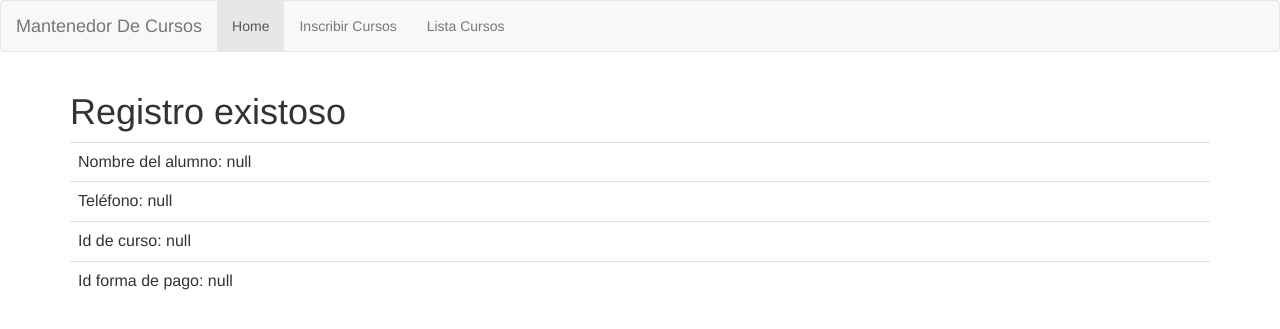
Repository: MarceArratia/ProyectosJava
Page: http://localhost/ListarInscripciones/preConfirmacion
These files come from the project's save history. The page is drawn as it stood at one moment and after the next save; the edit follows.
The browser window is 1280 px wide. The pictures show the whole page.
The page is served by Tomcat 9. Other server files are loaded and not shown.

Above is the page before, as saved 2020-07-29 01:56:28.

### ListarInscripciones/WebContent/confirmacion.jsp
<%@ page language="java" contentType="text/html; charset=UTF-8" pageEncoding="UTF-8"%>
<%

   String nombre = request.getParameter("nombre");
   String celular = request.getParameter("telefono");
   String idCurso = request.getParameter("idCurso");
   String idFormaDePago = request.getParameter("idFormaPago");
%>

<html>
<head>
<meta charset="ISO-8859-1">
<link rel="stylesheet" href="https://maxcdn.bootstrapcdn.com/bootstrap/3.4.0/css/bootstrap.min.css">
<script src="https://ajax.googleapis.com/ajax/libs/jquery/3.4.0/jquery.min.js"></script>
<script src="https://maxcdn.bootstrapcdn.com/bootstrap/3.4.0/js/bootstrap.min.js"></script>
<title>Confirmacion</title>
</head>
<body>
<nav class="navbar navbar-default">
<div class="container-fluid">
<div class="navbar-header">
<a class="navbar-brand" href="#">Mantenedor De Cursos</a>
</div>
<ul class="nav navbar-nav">
<li class="active"><a href="preListarInscripciones">Home</a></li>
<li><a href="preInscripcion">Inscribir Cursos</a></li>
<li><a href="preListarInscripciones">Lista Cursos</a></li>
</ul>
</div>
</nav>
<div class="container">

   <h1>Registro existoso</h1>

    <table class="table">
  <tr>
  <td>Nombre del alumno: <%=nombre%></td>
 </tr>
    <tr>
 <td>Teléfono: <%=celular%></td>
 </tr>
   <tr>
 <td>Id de curso: <%=idCurso%></td>
  </tr>
    <tr>
	<td>Id forma de pago: <%=idFormaDePago%></td>
</tr>
 </table>
</div>
</body>
</html>

### ListarInscripciones/src/com/desafiolatam/servlets/PreConfirmacion.java
package com.desafiolatam.servlets;

import java.io.IOException;

import javax.servlet.ServletException;
import javax.servlet.annotation.WebServlet;
import javax.servlet.http.HttpServlet;
import javax.servlet.http.HttpServletRequest;
import javax.servlet.http.HttpServletResponse;

@WebServlet("/preConfirmacion")
public class PreConfirmacion extends HttpServlet
{
   protected void doGet(HttpServletRequest request ,HttpServletResponse response)
		   								   throws ServletException
                                          ,IOException
   {
       // redirecciono el request a la pagina JSP
      request.getRequestDispatcher("confirmacion.jsp").forward(request, response);
   }
}

After the next save:
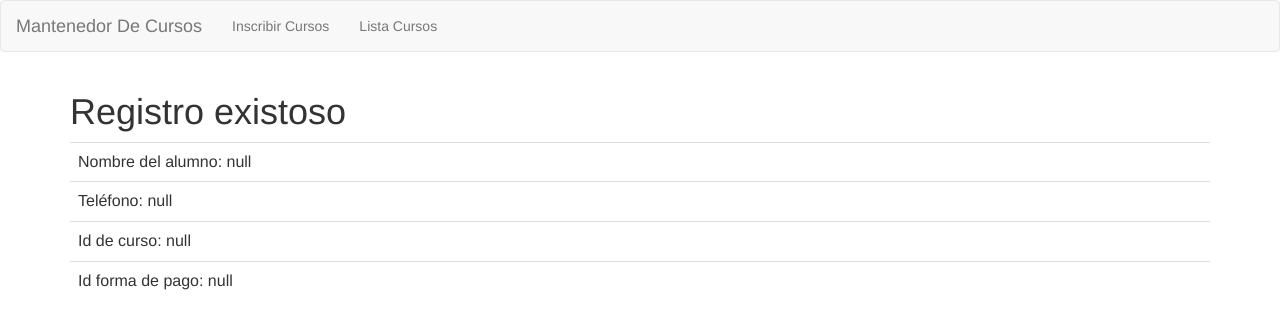
Saved 54 s later.
--- a/ListarInscripciones/WebContent/confirmacion.jsp
+++ b/ListarInscripciones/WebContent/confirmacion.jsp
@@ -22,7 +22,6 @@
 <a class="navbar-brand" href="#">Mantenedor De Cursos</a>
 </div>
 <ul class="nav navbar-nav">
-<li class="active"><a href="preListarInscripciones">Home</a></li>
 <li><a href="preInscripcion">Inscribir Cursos</a></li>
 <li><a href="preListarInscripciones">Lista Cursos</a></li>
 </ul>

After the 2 saves that followed:
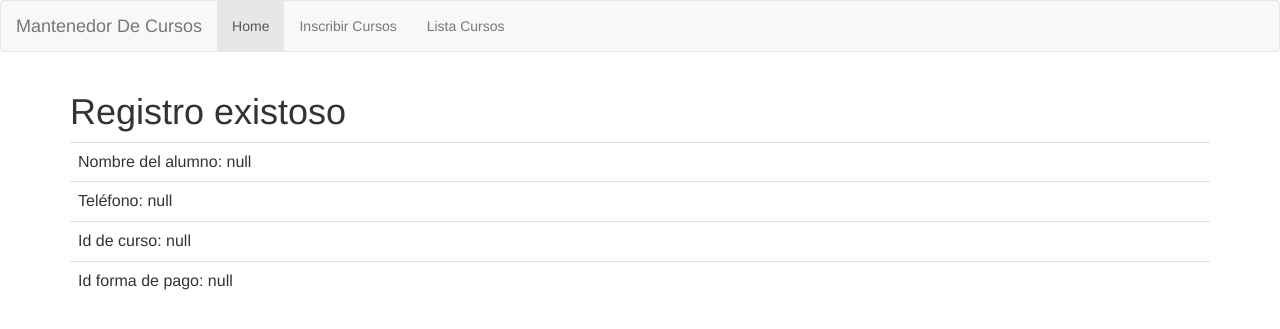
The 2 saves are shown as one change because 1 left the picture as it was.
The last was saved 54 s later.
--- a/ListarInscripciones/WebContent/confirmacion.jsp
+++ b/ListarInscripciones/WebContent/confirmacion.jsp
@@ -22,6 +22,7 @@
 <a class="navbar-brand" href="#">Mantenedor De Cursos</a>
 </div>
 <ul class="nav navbar-nav">
+<li class="active"><a href="preListarInscripciones">Home</a></li>
 <li><a href="preInscripcion">Inscribir Cursos</a></li>
 <li><a href="preListarInscripciones">Lista Cursos</a></li>
 </ul>
